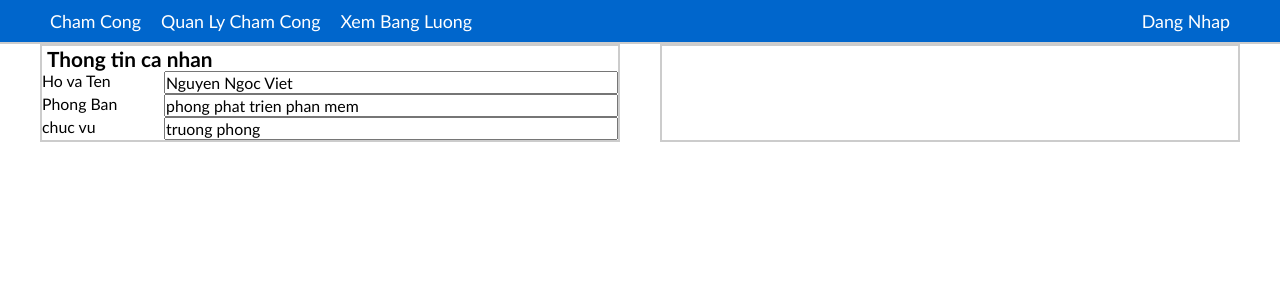
Repository: LDDUNG2003/a
Page: payroll.html
The author's editor kept a copy of each file at every save. The page is drawn from the files as they stood at one save, then again after the next save.
The browser window is 1280 px wide. The pictures show the whole page.

Above is the page before, as saved 2023-10-15 12:35:44.

### payroll.html
<!DOCTYPE html>
<html lang="en">

<head>
    <meta charset="UTF-8">
    <meta name="viewport" content="width=device-width, initial-scale=1.0">
    <title>Document</title>
    <link rel="stylesheet" href="./controlView/css/base.css">
    <link rel="stylesheet" href="/controlView/css/payfoll.css">

</head>

<body>
    <div class="main">
        <header class="app__header">
            <nav class="navBar">
                <ul class="navBar-list">
                    <li class="navBar--items"><a href="./index.html" class="navbar--link">Cham cong</a></li>
                    <li class="navBar--items"><a href="" class="navbar--link">Quan ly cham cong</a></li>
                    <li class="navBar--items">
                        <a href="" class="navbar--link">Xem bang luong</a></li>
                </ul>
                <ul class="navBar-list navBar-list--login">
                    <!-- login  -->
                    <li class="navBar--items">
                        <a href="./login.html" class="navbar--link">dang nhap</a></li>
                    <!-- admin menu -->
                    <!-- <li class="navBar--items">
                    admin
                    <ul class="account-list">
                        <li class="account--item"><a href="" class="navbar--link">admin</a></li>
                        <li class="account--item"><a href="" class="navbar--link">quan li nhan su</a></li>
                        <li class="account--item"><a href="" class="navbar--link">dang xuat</a></li>
                    </ul>
                </li> -->
                    <!-- personnel menu -->
                    <!-- <li class="navBar--items">
                    account name
                    <ul class="account-list">
                        <li class="account--item"><a href="" class="navbar--link">cai dat tai khoan</a></li>
                        <li class="account--item"><a href="" class="navbar--link">dang ki ca lam</a></li>
                        <li class="account--item"><a href="" class="navbar--link">dang xuat</a></li>
                    </ul>
                </li> -->
                </ul>
            </nav>
        </header>
        <div class="app__content">
            <div class="content-information">
                <div class="infomation--contain">
                    <h1 class="infomation--heading">Thong tin ca nhan</h1>
                    <form class="infomation" action="" method="post">
                        <label class="infomation--text" for="name">Ho va Ten</label>
                        <input class="infomation--input" type="text" name="name" value="Nguyen Ngoc Viet">
                        <label class="infomation--text" for="Department">Phong Ban</label>
                        <input class="infomation--input" type="text" name="Department" value="phong phat trien phan mem">
                        <label class="infomation--text" for="">chuc vu</label>
                        <input class="infomation--input" type="text" name value="truong phong">
                    </form>
                </div>
                <div class="infomation--contain">

                </div>
            </div>
        </div>
    </div>
</body>

</html>

### controlView/css/base.css
:root {
    --primary-color: #0066cc;
    --text-color: #040404;
}

* {
    padding: 0px;
    margin: 0px;
    font-family: 'Trebuchet MS', 'Lucida Sans Unicode', 'Lucida Grande', 'Lucida Sans', Arial, sans-serif;
}

html,
body {
    font-size: 0.62rem;
}

.main {}

.app__header {
    color: #fff;
    width: 100%;
    border-bottom: solid 2px #ccc;
    background-color: var(--primary-color);
}

.navBar {
    width: 100%;
    max-width: 1200px;
    margin: auto;
    display: flex;
    justify-content: space-between;
}

.navBar-list {
    display: flex;
    list-style: none;
    color: #fff;
}

.navBar--items {
    padding: 10px 10px;
    font-size: 1.8rem;
    position: relative;
    cursor: pointer;
    text-transform: capitalize;
}

.navBar--items::after {
    content: '';
    padding-top: 5px;
    top: 80%;
    left: 10px;
    display: none;
    /* width: 0px; */
    background-color: var(--primary-color);
    position: absolute;
    width: 70px;
}

.navBar--items:hover .navBar--items::after {
    display: block;
}

.navbar--link {
    text-decoration: none;
    color: inherit;
}

.account-list {
    position: absolute;
    width: 150px;
    display: none;
    list-style: none;
    padding: 4px;
    color: var(--text-color);
    top: 100%;
    left: 0px;
    box-shadow: #414141;
    background-color: white;
}

.navBar--items:hover .account-list {
    display: block;
}

.account--item {
    padding: 5px 0px;
    border-bottom: solid 1px #ccc;
}

.app__content {
    width: 100%;
    max-width: 1200px;
    margin: auto;
}

### controlView/css/payfoll.css
.content-information {
    display: flex;
    width: 100%;
    justify-content: space-between;
}

.infomation--contain {
    width: 48%;
    border: solid 2px #ccc;
}

.infomation--heading {
    font-size: 2.1rem;
    padding: 0px 5px;
}

.infomation {
    display: flex;
    flex-wrap: wrap;
    justify-content: space-between;
}

.infomation--text {
    font-size: 1.6rem;
}

.infomation--input {
    width: 450px;
    font-size: 1.6rem;
}

After the next save:
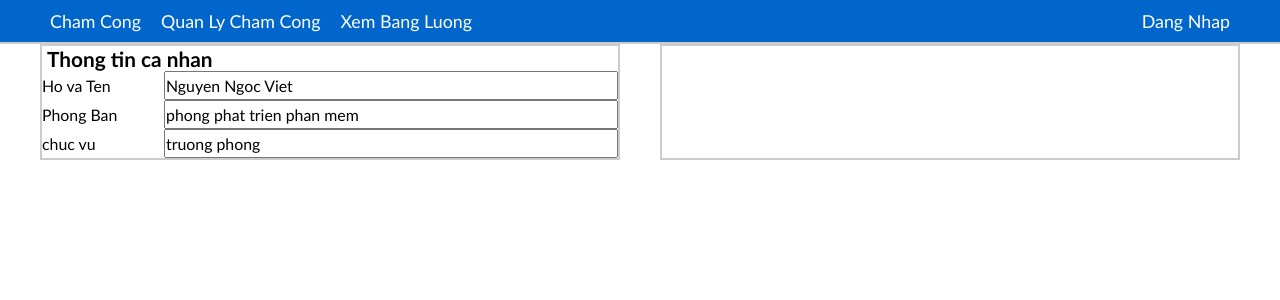
Saved 15 s later.
--- a/controlView/css/payfoll.css
+++ b/controlView/css/payfoll.css
@@ -22,6 +22,7 @@
 
 .infomation--text {
     font-size: 1.6rem;
+    margin: 5px 0px;
 }
 
 .infomation--input {
